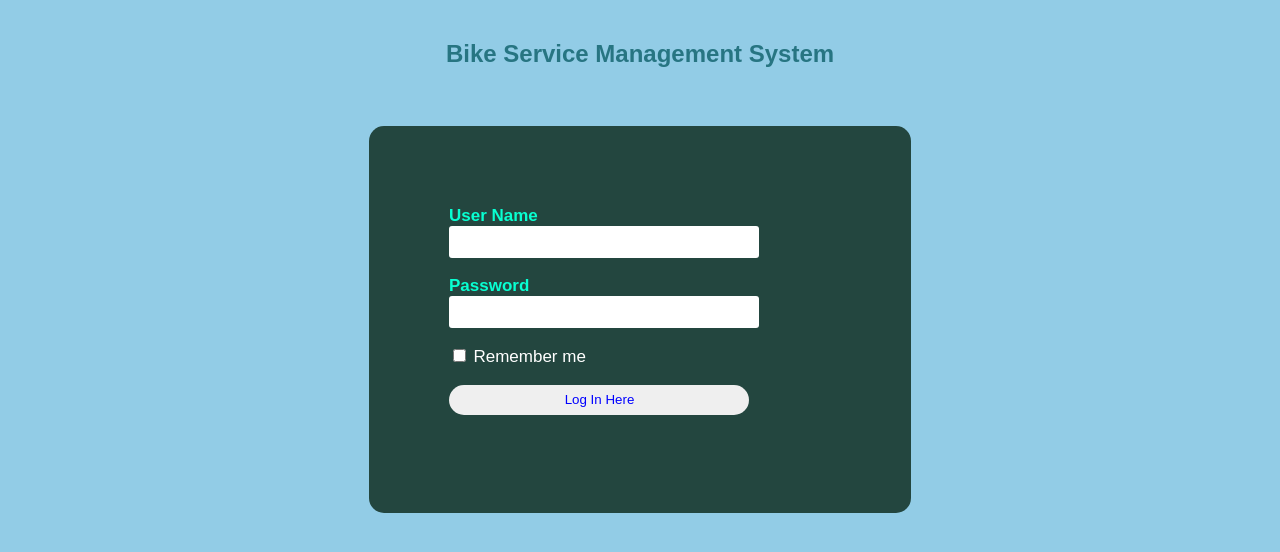
Repository: rohanbhavare1234/BikeServiceWorkspace
Page: eclipse-workspace/jspdemo/WebContent/student-form.html
An editor plug-in stored every save of this project. The page is shown before and after the next save, followed by the edit.
The browser window is 1280 px wide. The pictures show the whole page.

Above is the page before, as saved 2023-04-11 17:58:06.

After the next save:
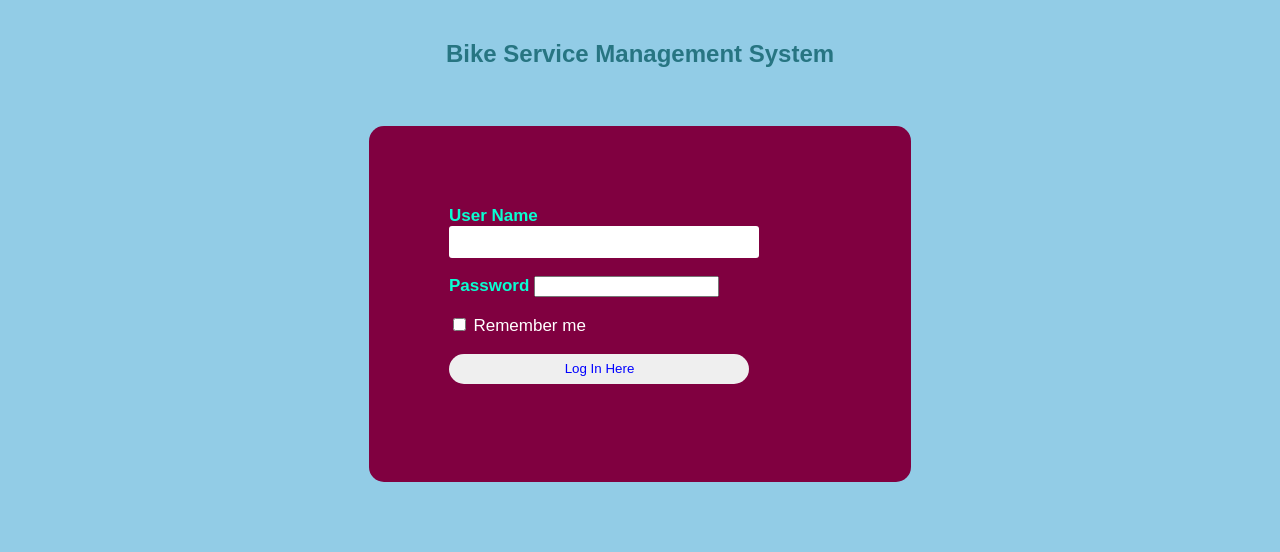
Saved 58 s later.
--- a/eclipse-workspace/jspdemo/WebContent/Style.css
+++ b/eclipse-workspace/jspdemo/WebContent/Style.css
@@ -13,7 +13,7 @@ body
         margin: auto;
         margin: 20 0 0 450px;
         padding: 80px;
-        background: #23463f;
+        background: #800040;
         border-radius: 15px ;
 
 }
@@ -33,7 +33,7 @@ label{
     border-radius: 3px;
     padding-left: 8px;
 }
-#Pass{
+# {
     width: 300px;
     height: 30px;
     border: none;
